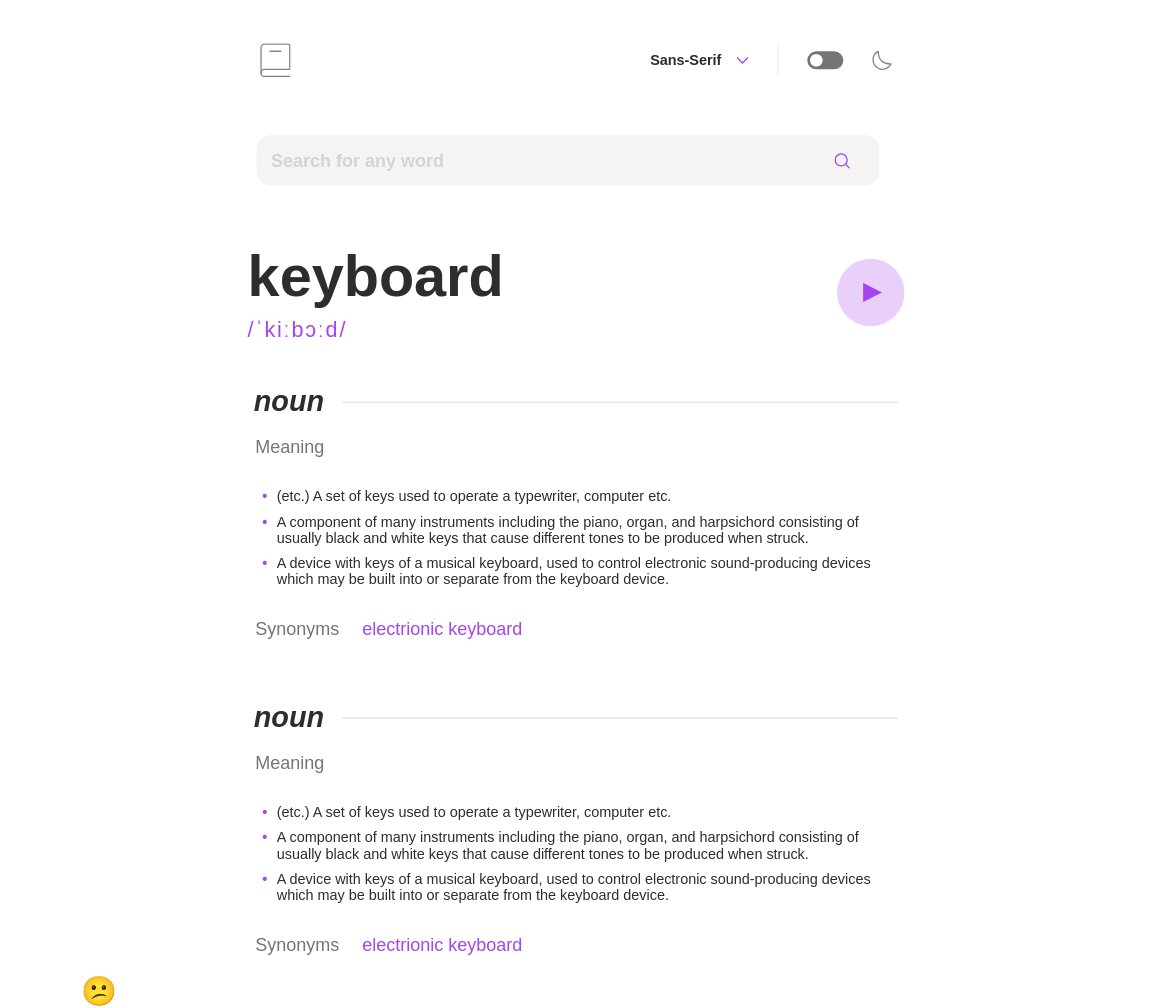
Repository: Arkitecth/dictionary-app
Page: index.html
These files come from the project's save history. The page is drawn as it stood at one moment and after the next save; the edit follows.
The browser window is 1280 px wide. The pictures show the whole page, at 90% of full size.

Above is the page before, as saved 2023-07-21 18:47:36.

After the next save:
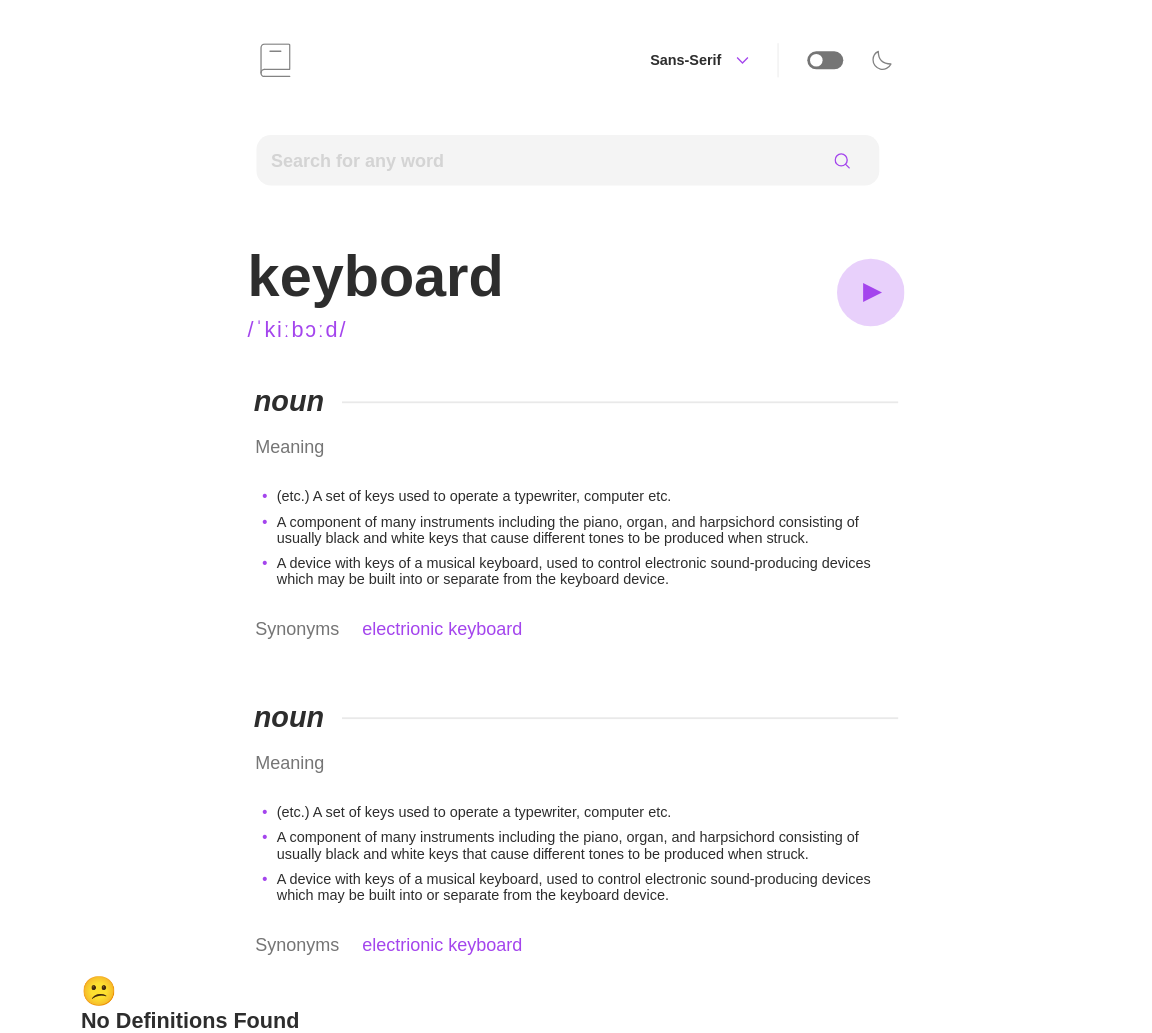
Saved 20 s later.
--- a/index.html
+++ b/index.html
@@ -95,6 +95,7 @@
 
   <div class="not-found">
     <h1>😕</h1>
+    <h2>No Definitions Found</h2>
   </div>
 
 
